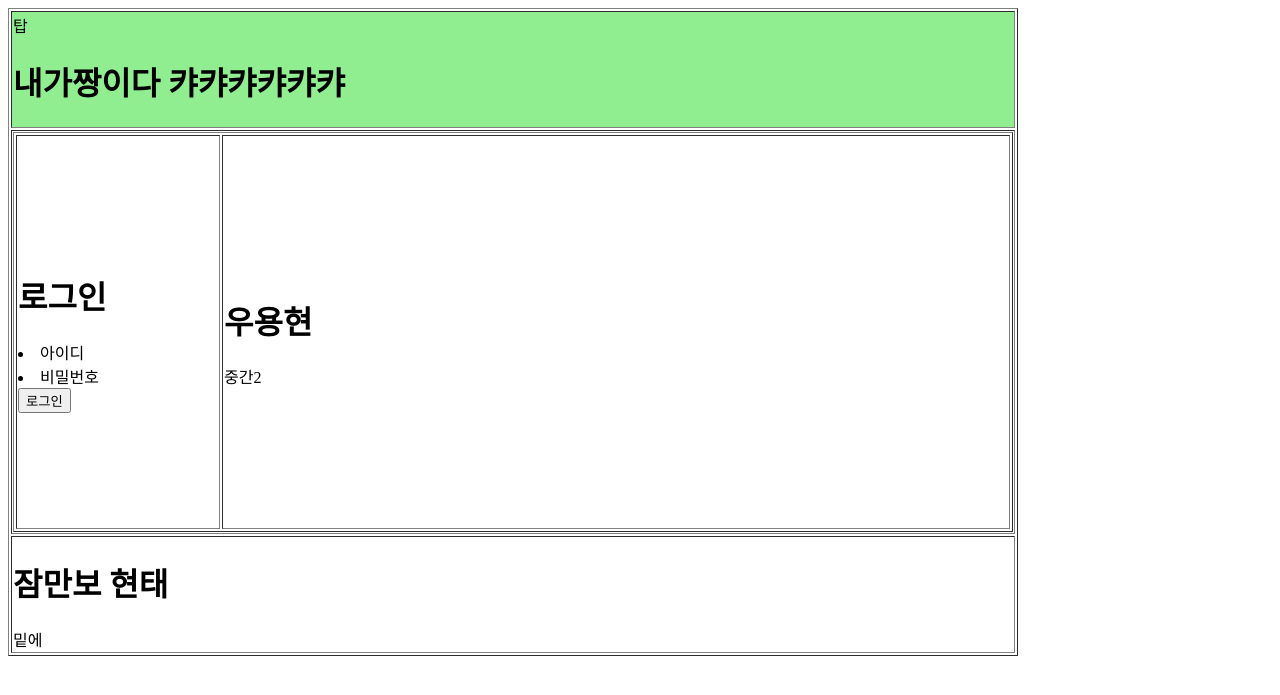
Repository: ikobean/ikoebean
Page: http://localhost/dev_jsp/ch07/index.jsp
These files come from the project's save history. The page is drawn as it stood at one moment and after the next save; the edit follows.
The browser window is 1280 px wide. The pictures show the whole page.
The page is served by Tomcat 9.

Above is the page before, as saved 2019-07-17 02:08:16.

After the next save:
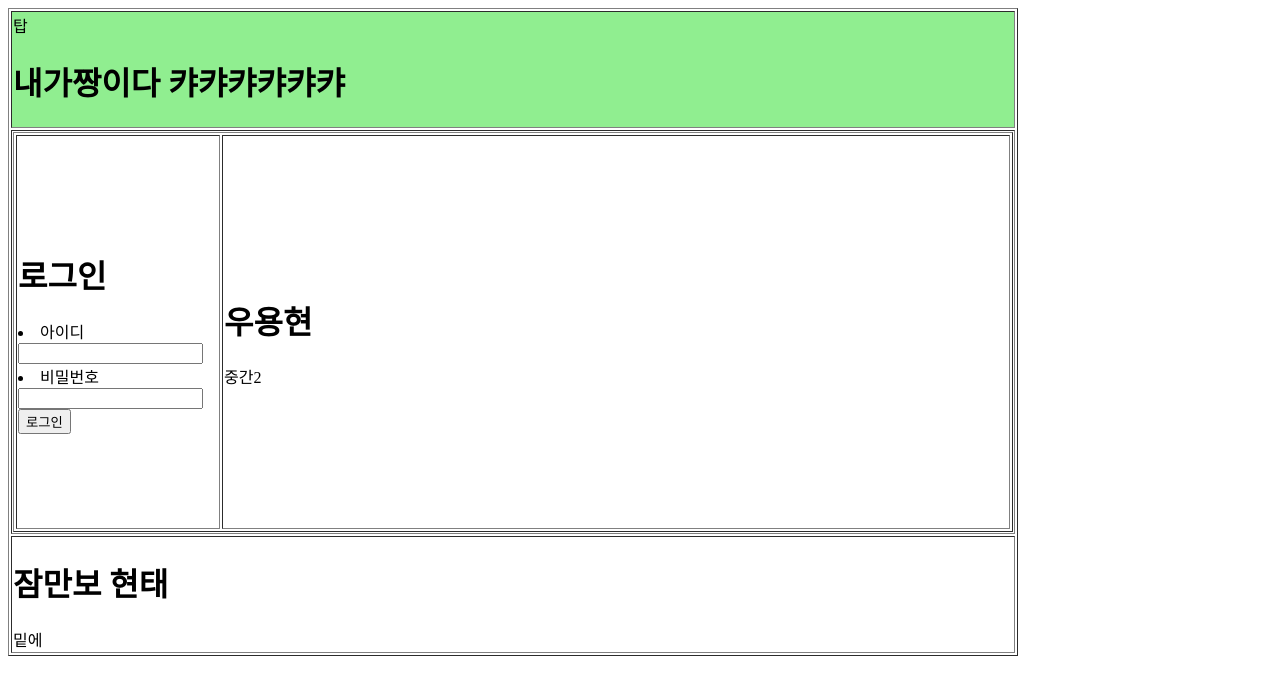
Saved 30 s later.
--- a/workspace_jsp/dev_jsp/WebContent/ch07/menu.jsp
+++ b/workspace_jsp/dev_jsp/WebContent/ch07/menu.jsp
@@ -8,8 +8,11 @@
 </head>
 <body>
 <h1>로그인</h1>
+
 <li>아이디</li>
+<input button>
 <li>비밀번호</li>
+<input button>
 <input type='button' value="로그인">
 </body>
 </html>
